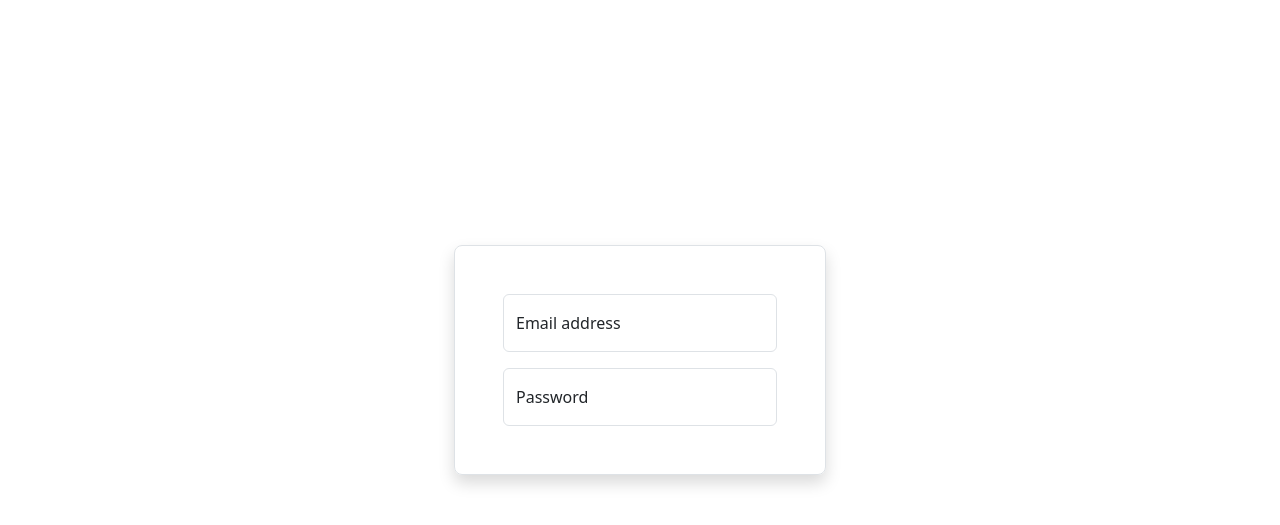
Repository: jaevoy2/lara_demo
Page: http://localhost/
The author's editor kept a copy of each file at every save. The page is drawn from the files as they stood at one save, then again after the next save.
The browser window is 1280 px wide. The pictures show the whole page.
The page is served by the project's Laravel application, run on PHP 8.4 with Laravel 12. Other server files are loaded and not shown.

Above is the page before, as saved 2026-07-06 22:52:04.

### routes/web.php
<?php

use Illuminate\Support\Facades\Route;
use App\Http\Controllers\StudentController;


Route::get('/', function () {
    return view('login');
});

Route::get('/dashboard', function () {
    return view('dashboard');
});

### resources/views/login.blade.php
@extends('_layout._auth-head')

@section('content')
    <div class="container d-flex flex-column justify-content-center align-items-center vh-100">
        <div class="container d-flex flex-column justify-content-center col-4 p-5 border rounded shadow rounded-3">
            <div class="form-floating mb-3">
                <input type="email" class="form-control" id="floatingInput" placeholder="name@example.com">
                    <label for="floatingInput">Email address</label>
            </div>
            <div class="form-floating">
                <input type="password" class="form-control" id="floatingPassword" placeholder="Password">
                <label for="floatingPassword">Password</label>
            </div>
        </div>
    </div>

@endsection

### resources/views/_layout/_auth-head.blade.php
<!DOCTYPE html>
<html lang="en">
<head>
    <meta charset="UTF-8">
    <meta name="viewport" content="width=device-width, initial-scale=1.0">
    <link href="https://cdn.jsdelivr.net/npm/bootstrap@5.3.8/dist/css/bootstrap.min.css" rel="stylesheet" integrity="sha384-sRIl4kxILFvY47J16cr9ZwB07vP4J8+LH7qKQnuqkuIAvNWLzeN8tE5YBujZqJLB" crossorigin="anonymous">
    <link rel="stylesheet" href="{{ asset('css/styles.css') }}">
    <title>Document</title>
</head>
<body>

    @yield('content')

    <script src="https://cdn.jsdelivr.net/npm/bootstrap@5.3.8/dist/js/bootstrap.bundle.min.js" integrity="sha384-FKyoEForCGlyvwx9Hj09JcYn3nv7wiPVlz7YYwJrWVcXK/BmnVDxM+D2scQbITxI" crossorigin="anonymous"></script>
</body>
</html>

After the next save:
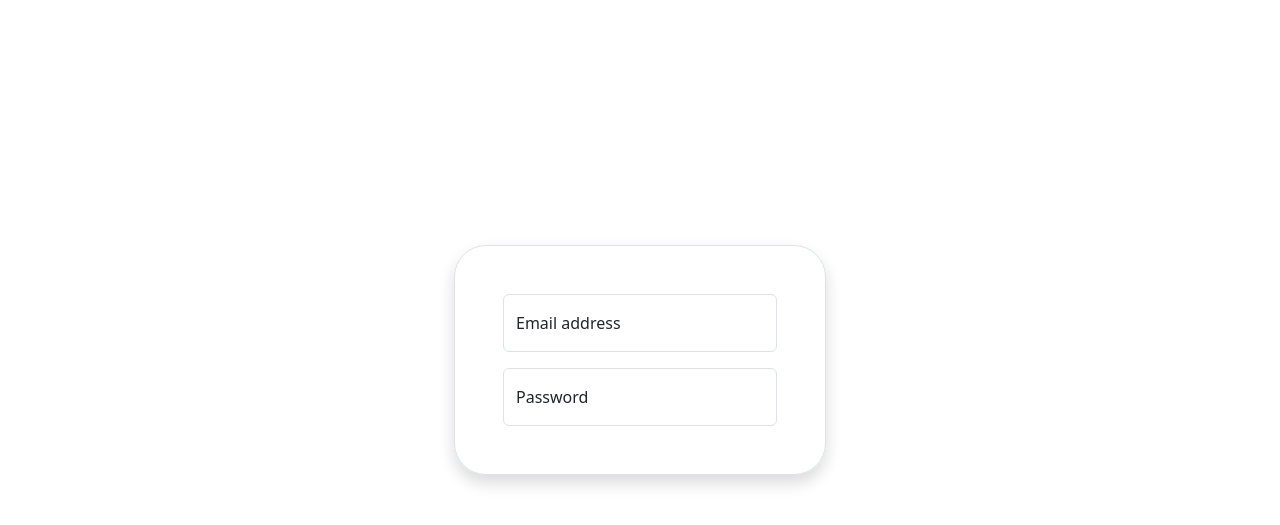
Saved 10 s later.
--- a/resources/views/login.blade.php
+++ b/resources/views/login.blade.php
@@ -2,7 +2,7 @@
 
 @section('content')
     <div class="container d-flex flex-column justify-content-center align-items-center vh-100">
-        <div class="container d-flex flex-column justify-content-center col-4 p-5 border rounded shadow rounded-3">
+        <div class="container d-flex flex-column justify-content-center col-4 p-5 border rounded shadow rounded-5">
             <div class="form-floating mb-3">
                 <input type="email" class="form-control" id="floatingInput" placeholder="name@example.com">
                     <label for="floatingInput">Email address</label>
